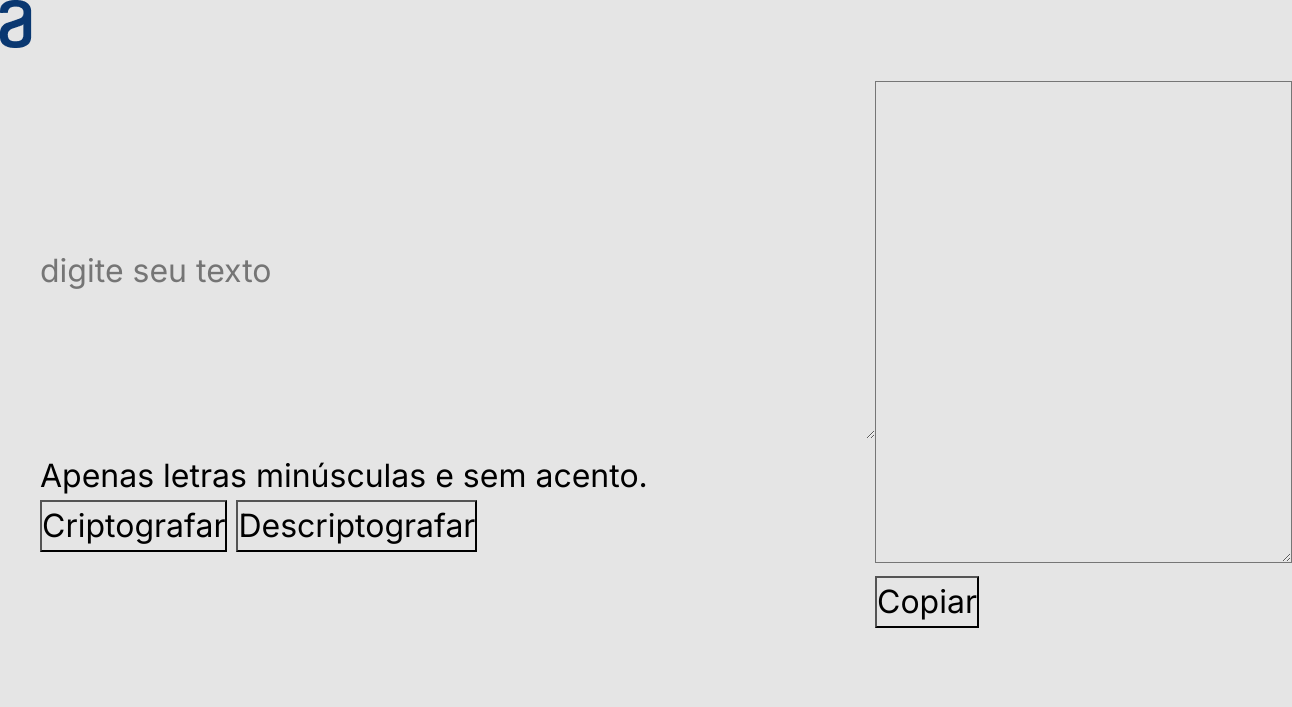
Repository: guilhermecardoso93/decodificador-texto
Page: index.html
These files come from the project's save history. The page is drawn as it stood at one moment and after the next save; the edit follows.
The browser window is 1280 px wide. The page is 1292 px wide, so the pictures cover 1292 px, including what lies to the right of the window. The pictures show the whole page.

Above is the page before, as saved 2024-02-28 19:15:11.

After the next save:
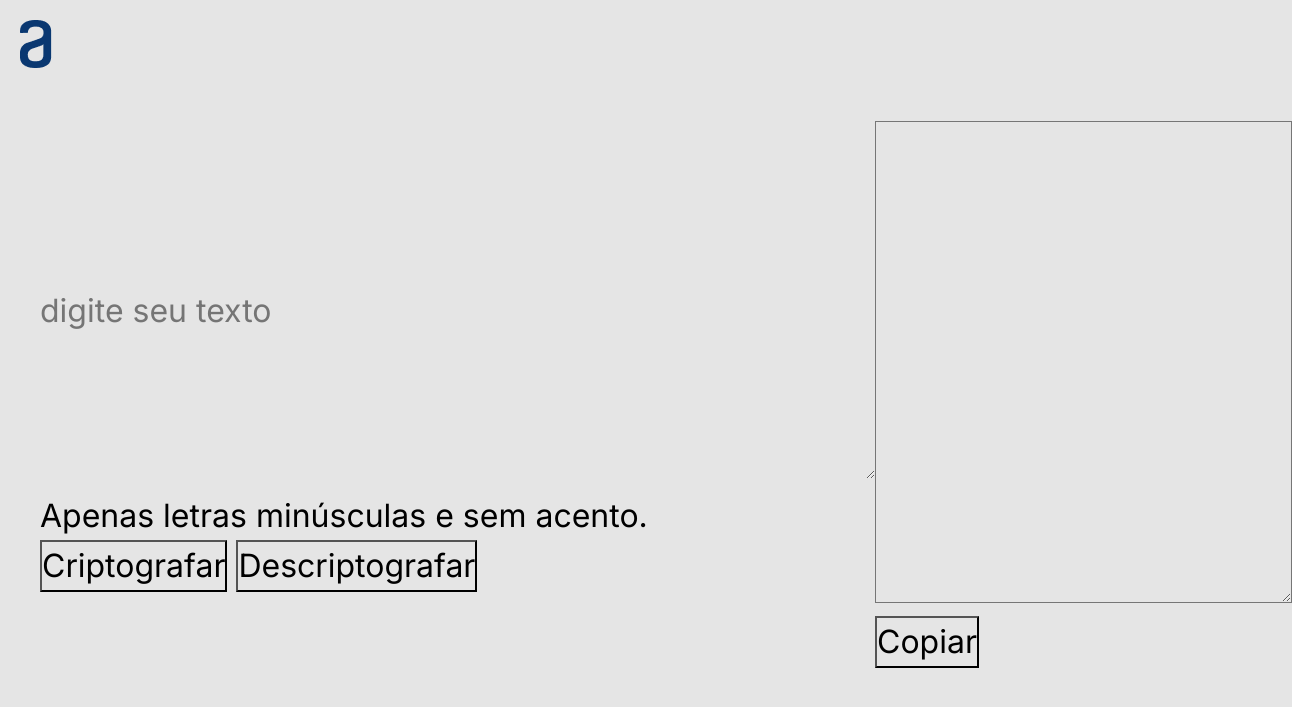
Saved 22 s later.
--- a/style.css
+++ b/style.css
@@ -16,6 +16,10 @@
   width: 2%;
 }
 
+header {
+  padding: 20px;
+}
+
 main {
   display: flex;
   align-items: center;
